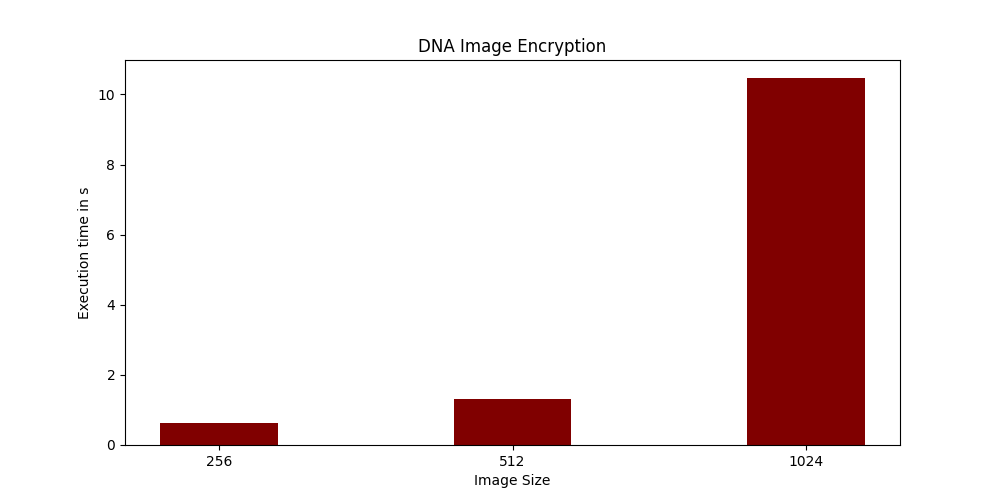
Repository: vishalsinghhh/DNA-cryptography-Project
Script's output: python DNA/Graphs.py
The author's editor kept a copy of each file at every save. The script's output is drawn from the files as they stood at one save, then again after the next save.
Random numbers start from a fixed seed.

Above is the script's output before, as saved 2023-04-11 11:05:59.

### DNA/Graphs.py
import numpy as np
import matplotlib.pyplot as plt


# creating the dataset
data = {'256':0.63, '512':1.31, '1024':10.46}
courses = list(data.keys())
values = list(data.values())

fig = plt.figure(figsize = (10, 5))

# creating the bar plot
plt.bar(courses, values, color ='maroon',
        width = 0.4)

plt.xlabel("Image Size")
plt.ylabel("Execution time in s")
plt.title("DNA Image Encryption")
plt.show()

After the next save:
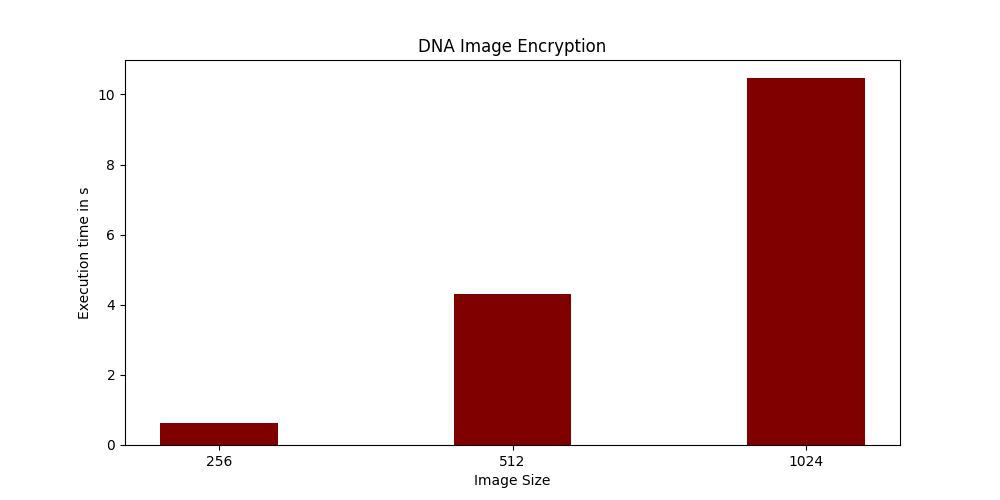
Saved 7 s later.
--- a/DNA/Graphs.py
+++ b/DNA/Graphs.py
@@ -3,7 +3,7 @@ import matplotlib.pyplot as plt
 
 
 # creating the dataset
-data = {'256':0.63, '512':1.31, '1024':10.46}
+data = {'256':0.63, '512':4.31, '1024':10.46}
 courses = list(data.keys())
 values = list(data.values())
 
